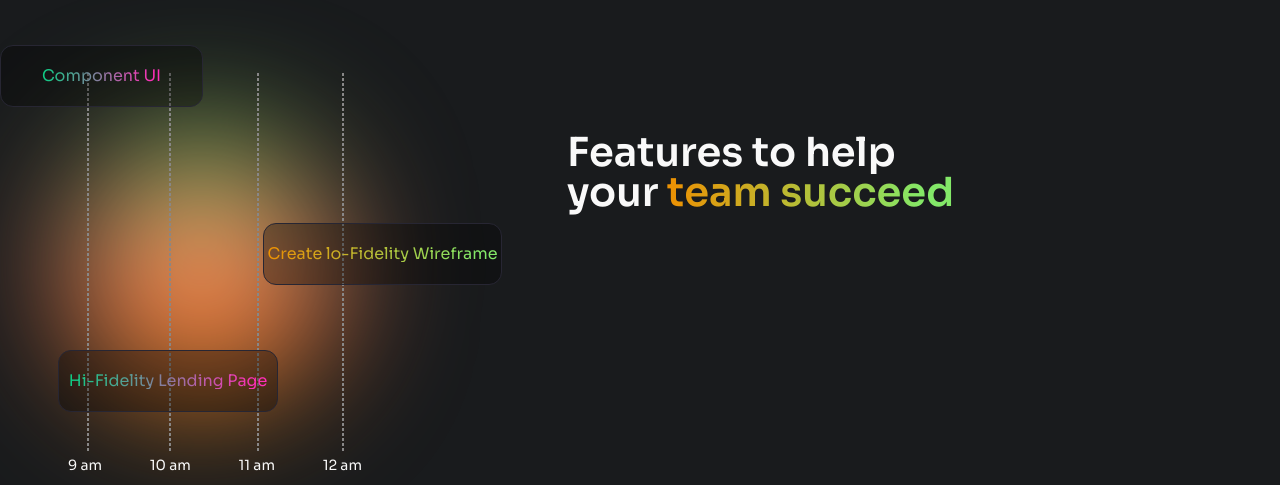
Repository: anhthiethumg/Task_Managerment_Website
Page: index.html
The author's editor kept a copy of each file at every save. The page is drawn from the files as they stood at one save, then again after the next save.
The browser window is 1280 px wide. The pictures show the part of the page from y = 2400 to 2885 px (the page is 2885 px tall).
A picture or video elsewhere on the page could not be fetched, so the positions and the page height are approximate.

Above is the page before, as saved 2023-07-31 09:01:29.

### index.html
<!DOCTYPE html>
<html lang="en">
  <head>
    <meta charset="UTF-8" />
    <meta name="viewport" content="width=device-width, initial-scale=1.0" />
    <title>Task Managerment Website</title>
    <!-- Reset Css -->
    <link rel="stylesheet" href="./assets/css/reset.css" />

    <!-- CSS -->
    <link rel="stylesheet" href="./assets/css/styles.css" />

    <!-- Embed Font-->

    <link rel="preconnect" href="https://fonts.googleapis.com" />
    <link rel="preconnect" href="https://fonts.gstatic.com" crossorigin />
    <link
      href="https://fonts.googleapis.com/css2?family=Sora:wght@400;600;700;800&display=swap"
      rel="stylesheet"
    />
  </head>
  <body>
    <!-- Header -->
    <section class="header">
      <div class="container">
        <navbar class="row nav">
          <img src="./assets/image/logo.svg" alt="Task." />
          <div class="nav-list">
            <a class="nav-item" href="#!">Home</a>
            <a class="nav-item" href="#!">Products</a>
            <a class="nav-item" href="#!">Guidlines</a>
            <a class="nav-item" href="#!">Guidlines</a>
          </div>
          <button class="btn nav-btn">Sign In</button>
        </navbar>
        <section class="hero">
          <div class="row hero__content">
            <div class="stacked-circles">
              <div class="circles"></div>
              <div class="circles"></div>
              <div class="circles"></div>
              <div class="circles"></div>
            </div>
            <div class="hero--content__heading">
              <h1 class="hero__heading">
                Make <span class="heading__liner">Management</span> Way More
                Easier Than Ever
              </h1>
              <p class="hero__desc section-desc">
                The online collaborative management platform to bring more
                efficiency and performace
              </p>
              <div class="hero-btn row">
                <button type="button" class="btn hero__btn">
                  Request Demo
                </button>
                <button type="button" class="btn hero__btn">Contact Us</button>
              </div>
            </div>
            <div class="stacked-circles">
              <div class="circles"></div>
              <div class="circles"></div>
              <div class="circles"></div>
              <div class="circles"></div>
            </div>
          </div>
          <section class="task-manager row">
            <sidebar class="sidebar">
              <div class="row sidebar__header">
                <img
                  src="./assets/icons/icon-sidebar.svg"
                  alt="icon-sidebar"
                  class="icon__sidebar"
                />
                <img
                  src="./assets/icons/dashboard-icon.svg"
                  alt="dashboard-icon"
                  class="dashboard-icon"
                />
                <h4 class="sidebar__heading">Dashboard</h4>
              </div>
              <div class="sidebar__list">
                <h4 class="sidebar__list--heading">Collections</h4>
                <div class="sidebar__list--item">
                  <h5 class="sidebar__item--content">School</h5>
                </div>
                <div class="sidebar__list--item">
                  <h5 class="sidebar__item--content">Personal</h5>
                </div>
              </div>
            </sidebar>
            <section class="task-manager__section">
              <div class="task__header row">
                <img src="./assets/icons/school.png" alt="Back" class="back" />
                <img
                  src="./assets/icons/contact us icon.png"
                  alt="Contact"
                  class="contact-us"
                />
              </div>
              <div class="task__content row">
                <div class="list--work">
                  <div class="list-sort">Sort</div>
                  <div class="work--item">Finish the Easay collaboration</div>
                  <div class="work--item">Do the math for next monday</div>
                  <div class="work--item">
                    Read the next chapter of the book
                  </div>
                  <div class="work--item">
                    Send the collabaration files to jerusha
                  </div>
                  <div class="work--item">
                    Finish the powerpoint presentation
                  </div>
                  <div class="work--item">Add task</div>
                </div>
                <div class="daily-task">
                  <div class="dailytask__heading">Daily task.</div>
                  <img
                    class="dailytask__img"
                    src="./assets/image/Rectangle 50.png"
                    alt="Daily task"
                  />
                </div>
              </div>
              <div class="card">
                <div class="card__heading">Collections</div>
                <div class="card__list">
                  <div class="card__item">
                    <div class="card__item--icon"></div>
                    <div class="card__item--content">
                      <h4 class="card__item--title">School</h4>
                      <p class="card__item--desc">4 task plus tomorrow.</p>
                    </div>
                  </div>
                  <div class="card__item">
                    <div class="card__item--icon"></div>
                    <div class="card__item--content">
                      <h4 class="card__item--title">Personal</h4>
                      <p class="card__item--desc">1 task plus today.</p>
                    </div>
                  </div>
                  <div class="card__item">
                    <div class="card__item--icon"></div>
                    <div class="card__item--content">
                      <h4 class="card__item--title">Design</h4>
                      <p class="card__item--desc">3 task plus rewt week.</p>
                    </div>
                  </div>
                </div>
              </div>
            </section>
          </section>
        </section>
      </div>
    </section>

    <!-- Main -->
    <main class="main">
      <div class="container">
        <!-- Services -->
        <section class="services">
          <div class="services__icon--list">
            <div class="services__icon--bg">
              <img
                src="./assets/icons/report.png"
                alt="Report"
                class="services__icon"
              />
            </div>
            <img src="./assets/icons/dash line-1.svg" alt="dash-line" />
            <div class="services__icon--bg">
              <img
                src="./assets/icons/server.png"
                alt="Server"
                class="services__icon"
              />
            </div>

            <img src="./assets/icons/dash line-1.svg" alt="dash-line" />
            <div class="services__icon--bg">
              <img
                src="./assets/icons/support.png"
                alt="Support"
                class="services__icon"
              />
            </div>
          </div>
          <div class="services__list row">
            <div class="services__items">
              <h3 class="services__heading">Structured Reports</h3>
              <p class="services__desc">
                Sed rhoncus sit sed tellus donec lorem lectus nunc, ornare
              </p>
            </div>
            <div class="services__items">
              <h3 class="services__heading">Cloud System</h3>
              <p class="services__desc">
                Sed rhoncus sit sed tellus donec lorem lectus nunc, ornare
              </p>
            </div>
            <div class="services__items">
              <h3 class="services__heading">24/7 Support</h3>
              <p class="services__desc">
                Sed rhoncus sit sed tellus donec lorem lectus nunc, ornare
              </p>
            </div>
          </div>
        </section>

        <!-- Static -->

        <section class="static row">
          <section class="static__content">
            <h2 class="static__heading section__heading">
              Okay, <span class="heading__liner">Let’s</span> see D’task in
              numbers
            </h2>
            <p class="static__desc section__desc">
              Powering a productive team means using a powerful tool (and plenty
              of snacks). From meetings and projects to events and goal setting,
              D'taak intuitive features give any team the ability to quickly set
              up and customize workflows for just about anything
            </p>
            <div class="static__dot row">
              <div class="dot"></div>
              <div class="dot"></div>
              <div class="dot"></div>
            </div>
            <div class="static__list row">
              <div class="static__item">
                <div class="static--item__number">12M</div>
                <div class="static--item__title">Support</div>
              </div>
              <div class="static__item">
                <div class="static--item__number">16</div>
                <div class="static--item__title">Active User</div>
              </div>
              <div class="static__item">
                <div class="static--item__number">7/24</div>
                <div class="static--item__title">Languages</div>
              </div>
            </div>
          </section>
          <div class="static__media">
            <img
              class="static--media__bg"
              src="./assets/image/static_background.svg"
              alt="background"
            />
            <div class="dash-shape"></div>
            <div class="dash-shape"></div>
            <div class="dash-shape"></div>
            <div class="dash-shape"></div>
            <!-- <div class="static--media__item row">
              <h3 class="static--media__title ">
                <span class="heading__liner">Online Support</span>
              </h3>
              <img class="static--media__icons" src = "./assets/icons/video-button.svg"/>
            </div>
            <div class="static--media__item row">
              <h3 class="static--media__title ">
                <span class="heading__liner">Exercitation</span>
              </h3>
              <img class="static--media__icons" src = "./assets/icons/Exercitation-icon.svg"/>
            </div>
            <div class="static--media__item row">
              <h3 class="static--media__title ">
                <span class="heading__liner">D’ task</span>
              </h3>
              <img class="static--media__icons" src = "./assets/icons/video-button.svg"/>
            </div>
            <div class="static--media__item row">
              <h3 class="static--media__title ">
                <span class="heading__liner">Design</span>
              </h3>
              <img class="static--media__icons" src = "./assets/icons/video-button.svg"/>
            </div> -->
          </div>
        </section>
      </div>
      <!-- Features -->
      <section class="features">
        <div class="container row">
          <div class="feature__meida">
            <div class="shape--blur"></div>
            <div class = "block--line">
              <div class="dash--line">
                <div class="line"></div>
                <div class="dash-line__content">
                  9 am
                </div>
              </div>
              <div class="dash--line">
                <div class="line"></div>
                <div class="dash-line__content">
                  10 am
                </div>
              </div>
              <div class="dash--line">
                <div class="line"></div>
                <div class="dash-line__content">
                  11 am
                </div>
              </div>
              <div class="dash--line">
                <div class="line"></div>
                <div class="dash-line__content">
                  12 am
                </div>
              </div>
            </div>
            <div class = "feature--btn">
              <div class="feature__btn btn">
                <span class="heading__liner">
                  Component UI
                </span>
              </div>
              <div class="feature__btn btn">
                <span class="heading__liner">
                  Create lo-Fidelity Wireframe
                </span>
              </div>
              <div class="feature__btn btn">
                <span class="heading__liner">
                  Hi-Fidelity Lending Page
                </span>
              </div>
            </div>
          </div>
          <div class="feature__content">
            <h2 class = "section__heading feature__heading">Features to help your <span class=" heading__liner">
              team succeed
            </span></h2>
          </div>
        </div>
      </section>
    </main>
  </body>
</html>

### assets/css/styles.css
* {
  box-sizing: border-box;
}

html {
  font-size: 62.5%;
}

:root {
  color: var(--text-color-gray-2, #282c30);
  color: var(--text-color-white, #f9f9f9);
  color: var(
    --primary-color-leniar-color,
    linear-gradient(90deg, #eb9204 1.67%, #83e868 89.99%)
  );
  color: var(--primary-color-background, #131517);
  color: var(--text-color-dark-blue, #272633);
}

body {
  font-size: 1.6rem;
  font-family: "Sora", sans-serif;
  background: var(--primary-color-background, #131517);
}

/* Common */

a {
  text-decoration: none;
}

.container {
  width: 1144px;
  margin: 0 auto;
}

.row {
  display: flex;
}

.btn {
  width: 110px;
  height: 40px;
  border-radius: 8px;
  border: 1px solid var(--text-color-dark-blue, #272633);
  background: #131517;
  text-align: center;
}

.section__desc {
  color: var(--text-color-gray-1, #858b93);
  text-align: center;
  font-size: 1.6rem;
  font-weight: 400;
  line-height: 1.625;
}

.section__heading {
  color: var(--text-color-white, #f9f9f9);
  font-size: 4rem;
  font-weight: 600;
}
/* Header */

.header {
  margin-top: 40px;
  margin-bottom: 140px;
  padding-top: 10px;
}

/* Navbar */

.nav {
  justify-content: space-between;
  align-items: center;
  height: 40px;
  margin-bottom: 157px;
}

.nav-item {
  margin-right: 36px;
  color: var(--text-color-gray-1, #858b93);
  font-size: 1.6rem;
  font-weight: 400;
  line-height: 1.5;
}

.nav-item:hover {
  color: var(--text-color-white, #f9f9f9);
  text-decoration: underline;
}

.nav-btn {
  background: var(
    --primary-color-leniar-color,
    linear-gradient(90deg, #eb9204 1.67%, #83e868 89.99%)
  );
  background-clip: text;
  -webkit-background-clip: text;
  -webkit-text-fill-color: transparent;
  font-size: 1.6rem;
  font-weight: 400;
  line-height: 1.5;
}

/* hero-content */
.hero__content {
  padding: 0 25px;
  justify-content: space-between;
}
.hero__heading {
  margin: 0 auto 34px;
  width: 783px;
  color: var(--text-color-white, #f9f9f9);
  text-align: center;
  font-size: 6rem;
  font-weight: 700;
  line-height: 1.17;
}

.heading__liner {
  background: var(
    --primary-color-leniar-color,
    linear-gradient(90deg, #eb9204 1.67%, #83e868 89.99%)
  );
  background-clip: text;
  -webkit-background-clip: text;
  -webkit-text-fill-color: transparent;
}

.hero__desc {
  width: 447px;
  margin: 0 auto 44px;
}

.hero-btn {
  justify-content: center;
  gap: 30px;
}

.hero__btn {
  margin-bottom: 111px;
  width: 199px;
  height: 54px;
  color: var(--text-color-white, #f9f9f9);
  font-size: 1.6rem;
  font-weight: 400;
  line-height: 1.625;
}

.hero__btn:hover {
  background: var(
    --primary-color-leniar-color,
    linear-gradient(90deg, #eb9204 1.67%, #83e868 89.99%)
  );
}

/* hero circle */

.stacked-circles {
  display: flex;
  flex-direction: column;
  align-items: center;
  margin-top: -75px;
}

.circles {
  fill: linear-gradient(180deg, #111118 4.96%, rgba(43, 43, 61, 0) 100%);
  box-shadow: 0px 39px 31px 0px #313141 inset;
  border-radius: 50%;
}
.circles:first-child {
  width: 121px;
  height: 121px;
  margin-bottom: 41px;
}

.circles:nth-child(2) {
  width: 39px;
  height: 39px;
  margin-bottom: 36px;
}

.circles:nth-child(3) {
  width: 25px;
  height: 25px;
  margin-bottom: 39px;
}

.circles:last-child {
  width: 14px;
  height: 14px;
  flex-shrink: 0;
}

/* task manager */

.task-manager {
  width: 848px;
  height: 366px;
  border-radius: 8px 8px 0px 0px;
  background: #1f2326;
  margin-left: 180px;
}

.sidebar {
  padding: 18px 0 0 16px;
}

.sidebar__header {
  width: 192px;
  height: 39px;
  align-items: center;
}

.icon__sidebar {
  width: 9px;
  height: 9px;
  margin-right: 25px;
}

.dashboard-icon {
  width: 13px;
  height: 11px;
  margin-right: 17px;
}

.sidebar__heading {
  color: #98989c;
  font-size: 1.4rem;
  font-weight: 600;
}

.sidebar__list--heading {
  margin: 15px 0 15px;
  color: var(--text-color-white, #f9f9f9);
  font-size: 1.4rem;
  font-weight: 600;
}

.sidebar__list--item {
  width: 192px;
  height: 39px;
  display: flex;
  align-items: center;
}

.sidebar__list--item:hover {
  background: #2b2d2f;
}
.sidebar__item--content {
  color: var(--text-color-gray-1, #858b93);
  font-size: 1.2rem;
  font-weight: 600;
  opacity: 0.6000000238418579;
  display: flex;
  align-items: center;
}

.sidebar__item--content::before {
  display: inline-block;
  content: " ";
  width: 17px;
  height: 17px;
  border-radius: 5px;
  background: #ae8ff9;
  margin-right: 10px;
}

.task-manager__section {
  position: relative;
  margin-top: 28px;
  margin-right: 15px;
  background: #0d1012;
  width: 100%;
  padding: 30px;
}

.task__header {
  margin-left: 140px;
  justify-content: space-between;
}

.list--work {
  width: 362px;
  margin-right: 52px;
}

.list-sort {
  color: #838386;
  font-size: 1.2rem;
  font-weight: 400;
  text-align: right;
  height: 30px;
}

.list-sort::before {
  display: inline-block;
  content: " ";
  width: 10px;
  height: 5px;
  border-radius: 5px;
  margin-right: 10px;
  background-image: url(../icons/sort.svg);
  margin-left: 10px;
}
.work--item {
  display: flex;
  align-items: center;
  margin-bottom: 10px;
  width: 100%;
  height: 30px;
  border-radius: 10px;
  background: #14181b;
  color: #9ea1a7;
  font-size: 1rem;
  font-weight: 300;
}

.work--item:before {
  display: inline-block;
  content: " ";
  width: 14px;
  height: 14px;
  border-radius: 5px;
  margin-right: 10px;
  background-image: url(../icons/check.svg);
  margin-left: 10px;
}

.work--item:last-child:before {
  background-image: url(../icons/add.svg);
}

.dailytask__heading {
  color: var(--text-color-white, #f9f9f9);
  font-size: 1.4rem;
  font-weight: 400;
  margin-bottom: 20px;
}

.dailytask__img {
  width: 167px;
  height: 218px;
  flex-shrink: 0;
  border-radius: 17px;
  background: rgba(13, 16, 18, 0.24);
}

.card {
  position: absolute;
  width: 216px;
  height: 335px;
  border-radius: 15px 15px 22px 22px;
  background: #0d1012;
  padding: 26px 15px;
  left: -295px;
  top: 150px;
}

.card__heading {
  color: #f9f9f9;
  font-size: 1.4rem;
  font-weight: 600;
  margin-left: 10px;
  margin-bottom: 21px;
}

.card__item {
  display: flex;
  align-items: center;
  width: 188px;
  height: 78px;
  border-radius: 13px;
  background: #14181b;
  margin-bottom: 8px;
}
.card__item--icon {
  width: 33px;
  height: 33px;
  border-radius: 12px;
  margin: 12px;
}

.card__item:first-child .card__item--icon {
  background: var(--primary-color-dark-orange, #ff7667);
}

.card__item:nth-child(2) .card__item--icon {
  background: var(--primary-color-blue, #ae8ff9);
}

.card__item:last-child .card__item--icon {
  background: var(--primary-color-green, #0cce84);
}

.card__item--title {
  color: #fff;
  font-size: 1.4rem;
  font-weight: 600;
  margin-bottom: 3px;
}

.card__item--desc {
  color: var(--text-color-gray-1, #858b93);
  font-size: 1rem;
  font-weight: 400;
}

/* services */

.services {
  padding: 41px 50px 53px 50px;
  margin-top: 286px;
  margin-bottom: 140px;
  width: 1096px;
  height: 331px;
  border-radius: 27px;
  background: var(--text-color-gray-2, #282c30);
}

.services__icon--list {
  display: flex;
  align-items: center;
  justify-content: space-around;
  margin: 30px 50px;
}

.services__icon--bg {
  background: var(--primary-color-green, #0cce84);
  width: 62px;
  height: 62px;
  border-radius: 50%;
  display: flex;
  align-items: center;
  justify-content: center;
}

.services__icon--bg:nth-child(2) {
  background: var(--primary-color-dark-yellow, #ef8f00);
}

.services__icon--bg:last-child {
  background: var(--primary-color-blue, #ae8ff9);
}
.services__icon {
  width: 32px;
  height: 32px;
}

.services__list {
  justify-content: space-between;
}

.services__items {
  width: 238px;
  text-align: center;
}

.services__heading {
  color: var(--text-color-white, #f9f9f9);
  font-size: 2.2rem;
  font-weight: 600;
  line-height: 1.45;
}

.services__desc {
  color: #858b93;
  font-size: 1.6rem;
  font-weight: 400;
  line-height: 1.625;
}

/* Static */
.static__content {
  width: 537px;
  margin-bottom: 140px;
}
.static__heading {
  width: 368px;
  margin-bottom: 22px;
}

.static__desc {
  width: 537px;
  height: 106px;
  text-align: left;
  margin-bottom: 86px;
}

.static__dot {
  gap: 6px;
  justify-content: center;
  margin-bottom: 28px;
  margin-left: -105px;
}
.dot {
  width: 6px;
  height: 6px;
  border-radius: 50%;
  background: #838386;
}

.dot:nth-child(2) {
  background: #ef8f00;
}

.static__list {
  gap: 17px;
}
.static__item {
  text-align: center;
  padding-top: 21px;
  width: 132px;
  height: 127px;
  border-radius: 9px;
  background: var(--text-color-dark-blue, #272633);
}

.static__item:nth-child(odd) {
  margin-top: -30px;
}

.static__item:nth-child(2) {
  background: linear-gradient(
    191deg,
    #c4f566 7.35%,
    #ae8ef9 28.41%,
    #ef8f00 60.81%,
    #61e559 100%
  );
}

.static__item:nth-child(2) .static--item__title {
  color: var(--text-color-white, #f9f9f9);
}
.static--item__number {
  color: var(--text-color-white, #f9f9f9);
  font-size: 3rem;
  font-weight: 600;
  margin-bottom: 16px;
}

.static--item__title {
  color: var(--text-color-gray-1, #858b93);
  font-size: 1.6rem;
  font-weight: 400;
  line-height: 1.625;
}

.static__media {
  position: relative;
}

.static--media__bg {
  position: absolute;
}
.dash-shape {
  position: absolute;
  width: 455px;
  height: 455px;
  border-radius: 455px;
  border: 2px dashed #2f2f2f;
  top: 50px;
  left: 50px;
}

.dash-shape:nth-child(2) {
  width: 336px;
  height: 336px;
  top: 110px;
  left: 110px;
}

.dash-shape:nth-child(3) {
  width: 209px;
  height: 209px;
  background: #6aea5c;
  opacity: 0.5;
  border: 2px solid #6aea5c;
  top: 170px;
  left: 170px;
}

.dash-shape:nth-child(4) {
  width: 137px;
  height: 137px;
  background: #6aea5c;
  border: 2px solid #6aea5c;
  top: 205px;
  left: 205px;
}
/*
.static--media__item {
  position: absolute;
  justify-content: space-between;
  align-items: center;
  width: 225px;
  height: 61px;
  border-radius: 5px;
  background: #27292c;
  padding: 20px;

}

.static--media__item:nth-child(1) {
  top: 50px;
  left: 150px;
}
.static--media__item:nth-child(2) {
  top: 450px;
  left: 150px;
}
.static--media__item:nth-child(3) {
  top: 150px;
  left: 10px;
}
.static--media__item:nth-child(4) {
  top: 150px;
  left: 150px;
} */

/* Feature */
.features {
  background: #191b1d;
  padding: 153px 0 85px 0;
}

.feature__meida {
  position: relative;
  margin-right: 232px;
}
.shape--blur {
  width: 267px;
  height: 267px;
  border-radius: 267px;
  background: linear-gradient(180deg, #6aea5c 0%, #fd7566 48.53%, #ef8f00 100%);
  filter: blur(66px);
}

.block--line {
  position: absolute;
  top: -60px;
  width: 294px;
  height: 378px;
  display: flex;
  justify-content: space-between;
}

.line {
  height: 100%;
  width: 1px;
  border: 1px dashed #888787;
  align-items: center;
  margin-left: 19px;
  margin-bottom: 7px;
}

.dash-line__content {
  color: #f9f9f9;
  font-size: 1.4rem;
  font-weight: 400;
}

.feature--btn {
  position: relative;
}

.feature__btn {
  position: absolute;
  border-radius: 13px;
  height: 62px;
  background: rgba(0, 0, 0, 0.32);
  display: flex;
  justify-content: center;
  align-items: center;
}

.feature__btn:nth-child(1) {
  top: -355px;
  left: -68px;
  width: 203px;
}

.feature__btn:nth-child(2) {
  width: 239px;
  top: -177px;
  left: 195px;
}
.feature__btn:nth-child(3) {
  width: 220px;
  top: -50px;
  left: -10px;
}

.feature__btn:nth-child(1) .heading__liner, .feature__btn:nth-child(3) .heading__liner {
  background: linear-gradient(90deg, #0cce84 0%, #ff2eb8 94.43%);
  background-clip: text;
  -webkit-background-clip: text;
  -webkit-text-fill-color: transparent;
}

.feature__heading {
  width: 399px;
  lh
}

Loaded but not shown: assets/css/reset.css (common file)

After the next save:
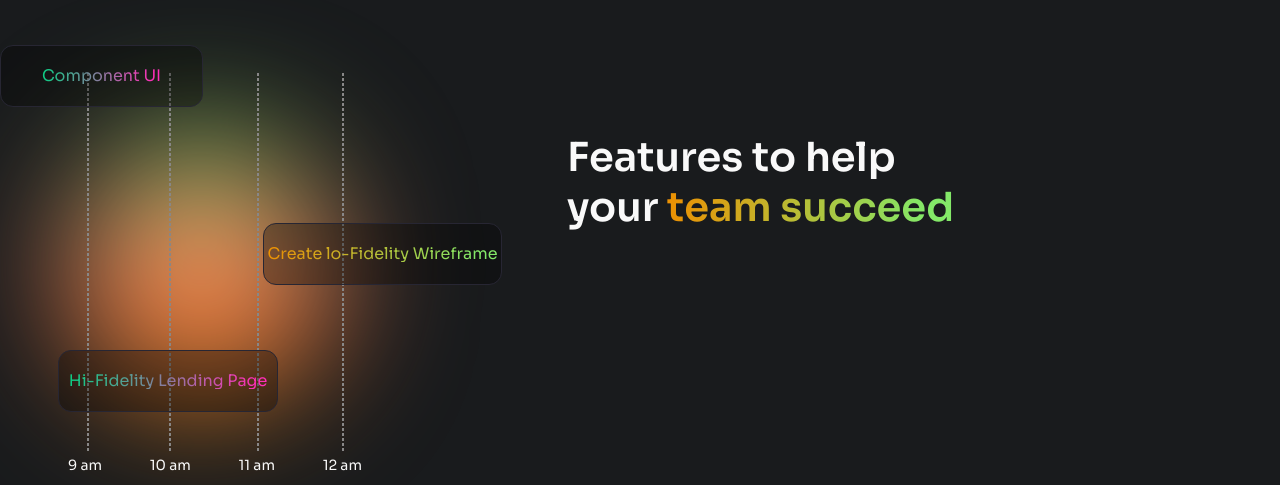
Saved 4 s later.
--- a/assets/css/styles.css
+++ b/assets/css/styles.css
@@ -702,5 +702,5 @@ a {
 
 .feature__heading {
   width: 399px;
-  lh
-}
+  line-height: 1.25;
+}
